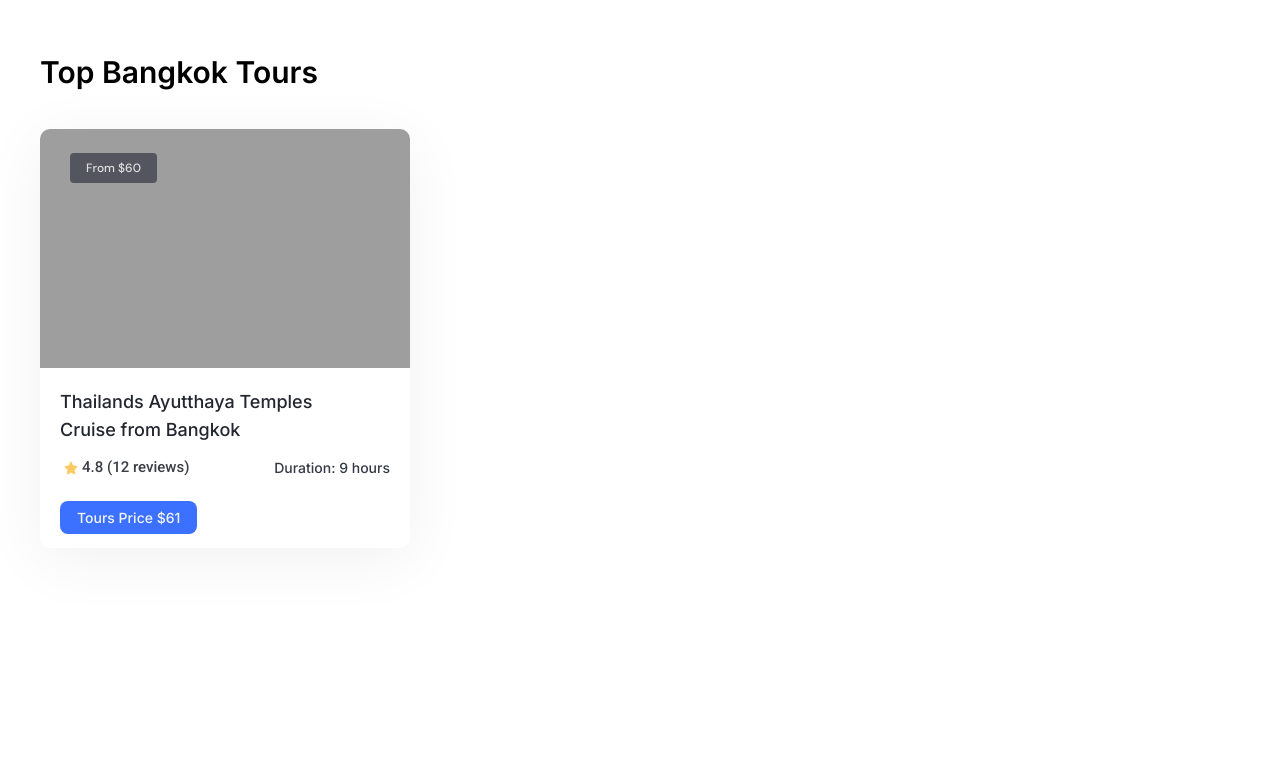
Repository: man0405/practice-web
Page: index.html
These files come from the project's save history. The page is drawn as it stood at one moment and after the next save; the edit follows.
The browser window is 1280 px wide. The pictures show the whole page.
Pictures or frames that could not be fetched are drawn as grey boxes. Some web fonts or font styles are not loaded; a fallback is used.

Above is the page before, as saved 2023-03-30 16:20:34.

After the next save:
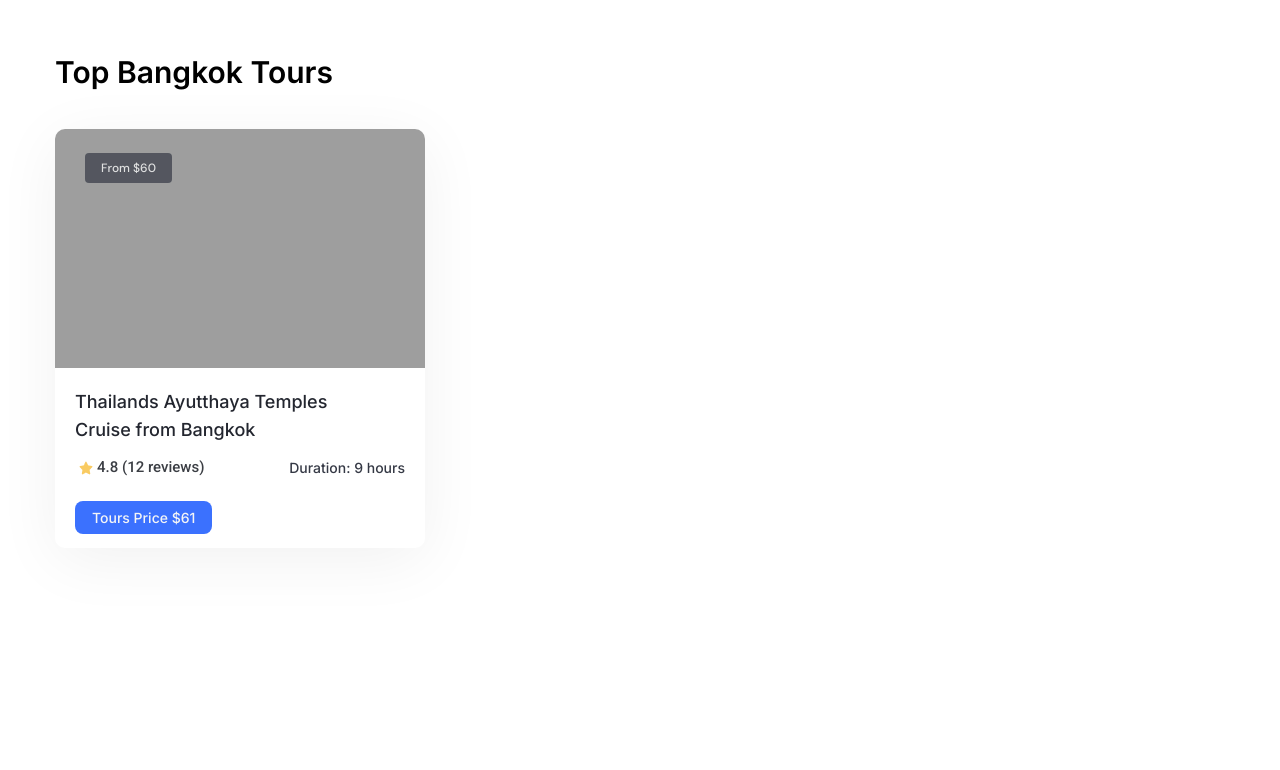
Saved 92 s later.
--- a/main.css
+++ b/main.css
@@ -36,6 +36,7 @@ body {
   width: 100%;
   max-width: 1200px;
   margin: 50px auto;
+  padding: 0 15px;
 }
 
 .heading {
